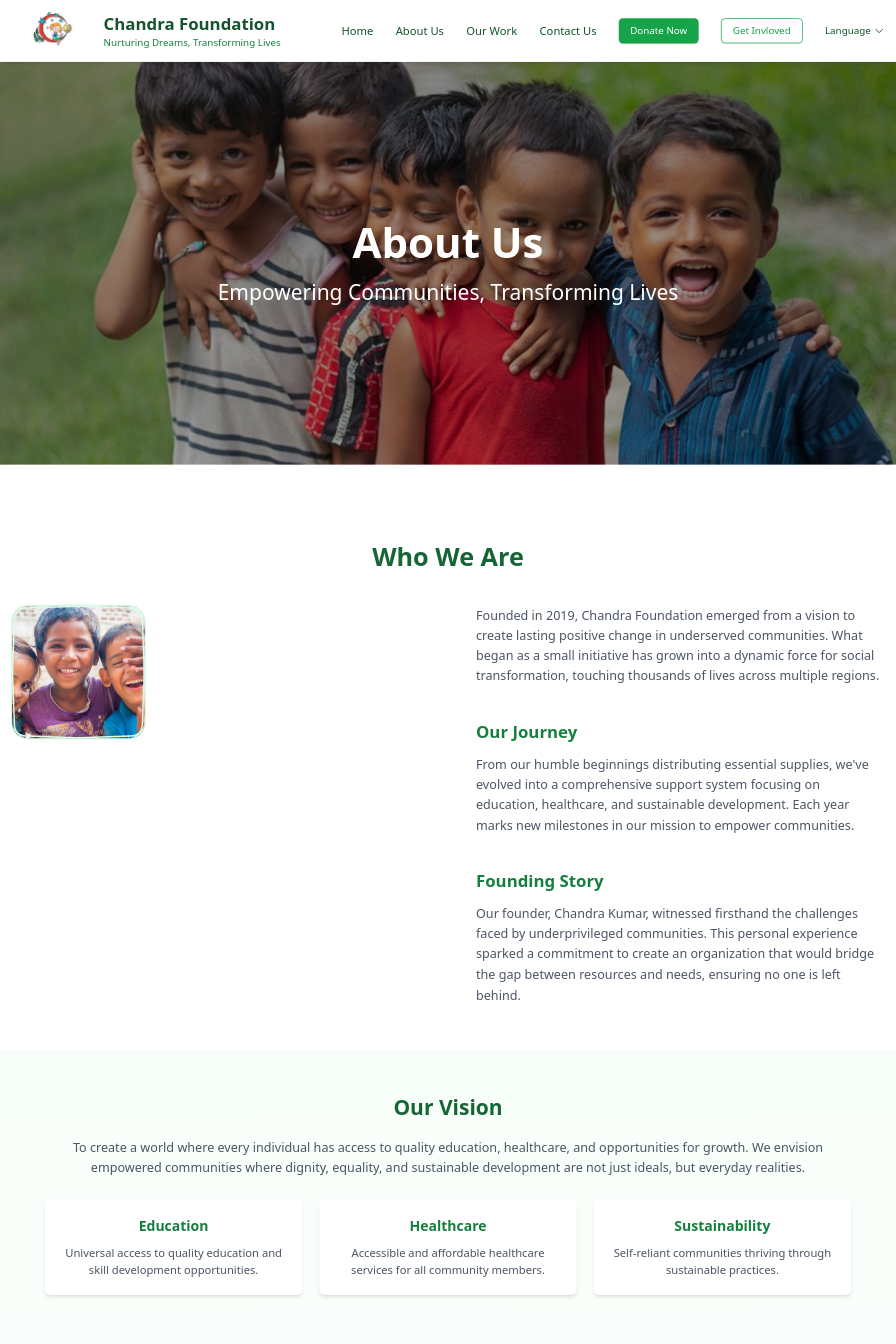
Repository: rajukumar2003/chandra-foundation
Page: /aboutus
The author's editor kept a copy of each file at every save. The page is drawn from the files as they stood at one save, then again after a run of saves.
The browser window is 1280 px wide. The pictures show the part of the page from y = 0 to 1920 px (the page is 3915 px tall), at 70% of full size.
The project was rebuilt for these pictures with package versions that can differ from the ones it lists, and the page was loaded fresh each time. The framework's server and built-in components were replaced by stand-ins that run in the browser. Also part of the build but not shown: next.config.ts.

Above is the page before, as saved 2025-01-30 14:47:18.

After the next 7 saves:
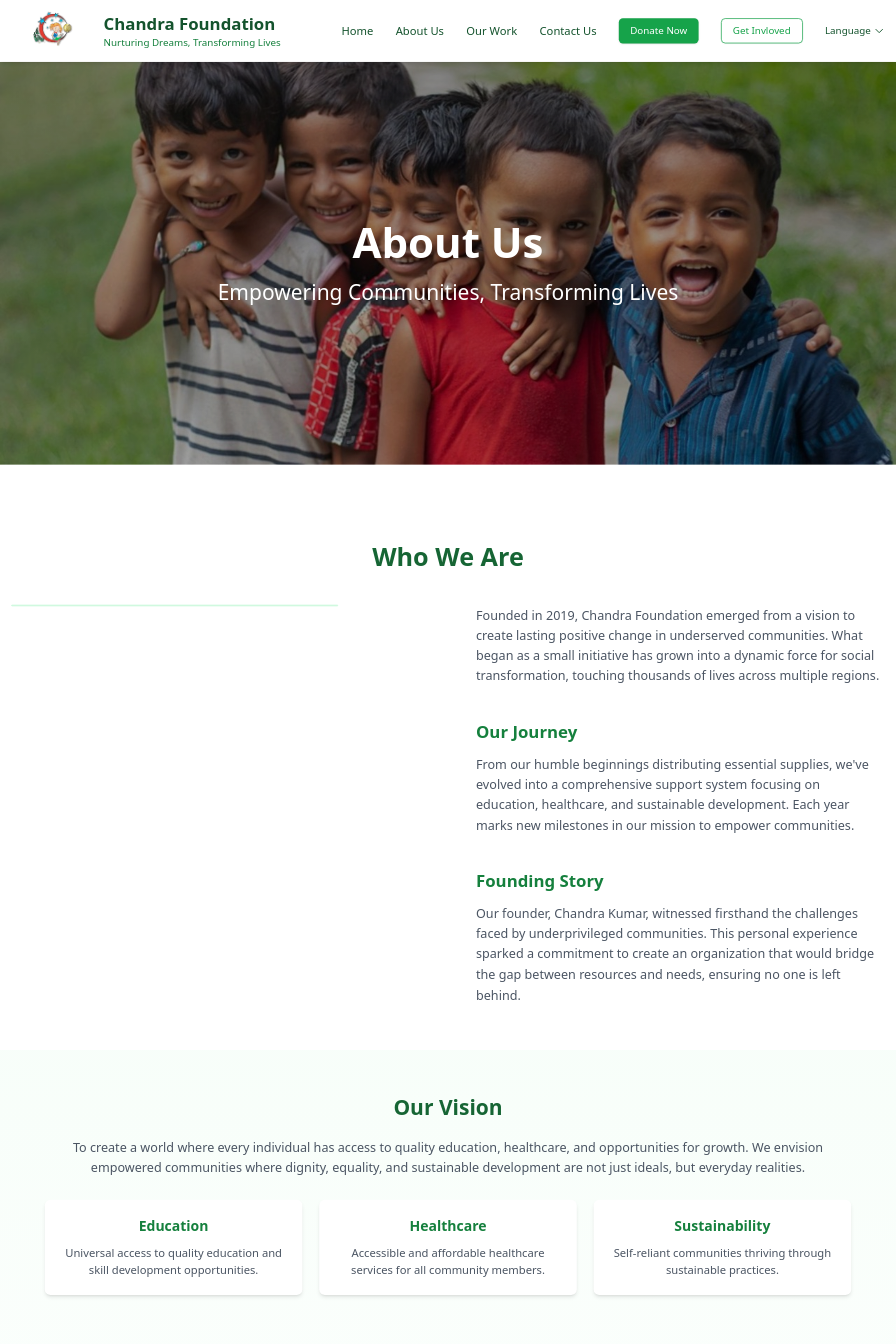
The 7 saves are shown as one change because they came seconds apart.
The last was saved 21 s later.
--- a/app/components/AboutIntro.tsx
+++ b/app/components/AboutIntro.tsx
@@ -18,7 +18,7 @@ export default function AboutUsIntro() {
             transition={{ duration: 0.6 }}
             className="relative"
           >
-            <div className="h-48 w-48 relative rounded-3xl overflow-hidden border border-green-200">
+            <div className="h-[80%] w-[80%] relative rounded-3xl overflow-hidden border border-green-200">
               <Image
                 src="/images/aboutus.png"
                 alt="Making a difference in communities"
